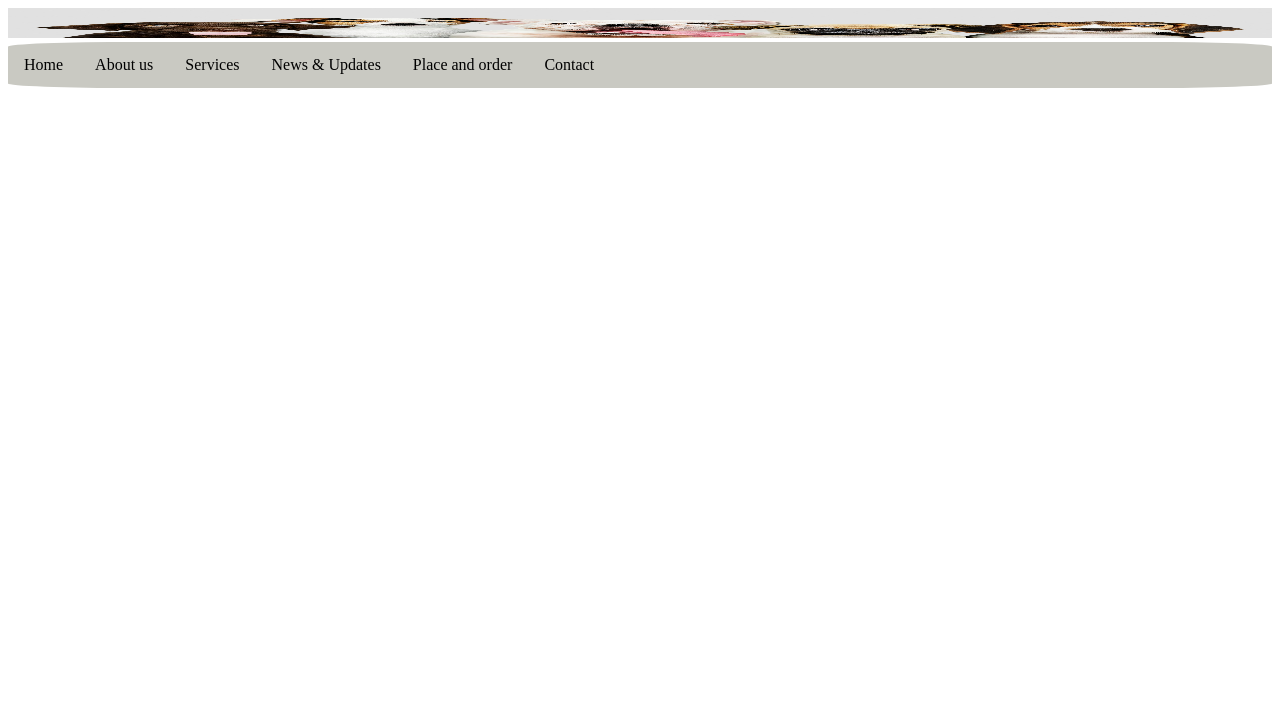
Repository: Tayma-Kazmouz/labwork
Page: index.html
An editor plug-in stored every save of this project. The page is shown before and after the next save, followed by the edit.
The browser window is 1280 px wide. The pictures show the whole page.

Above is the page before, as saved 2022-04-04 16:01:44.

### index.html
<!DOCTYPE html>
<html lang="en">
<head>
    <meta charset="UTF-8">
    <meta http-equiv="X-UA-Compatible" content="IE=edge">
    <meta name="viewport" content="width=device-width, initial-scale=1.0">
    <title>LabWork1</title>
    <link rel="stylesheet" href="styles.css">
</head>
<body>
    <img class="banner" src="images/banner.jpg" alt="Dog Banner">
    <div class="nav">
        <ul>
            <li><a class="active" href="#">Home</a></li>
            <li><a href="#">About us</a></li>
            <li><a href="#">Services</a></li>
            <li><a href="#">News & Updates</a></li>
            <li><a href="#">Place and order</a></li>
            <li><a href="#">Contact</a></li>
          </ul>
    </div>
</body>
</html>

### styles.css
.banner{
    width:100%;
    height: 30px;
    position: relative;
}

.nav{
    background-color: rgb(201, 201, 194);
    border-radius: 10%;
}
ul {
    list-style-type: none;
    margin: 0;
    padding: 0;
    overflow: hidden;
  }

  li {
    float: left;
  }

  li a {
    display: block;
    color: black;
    text-align: center;
    padding: 14px 16px;
    text-decoration: none;
  }

  li a:hover {
    background-color: #111;
  }

After the next save:
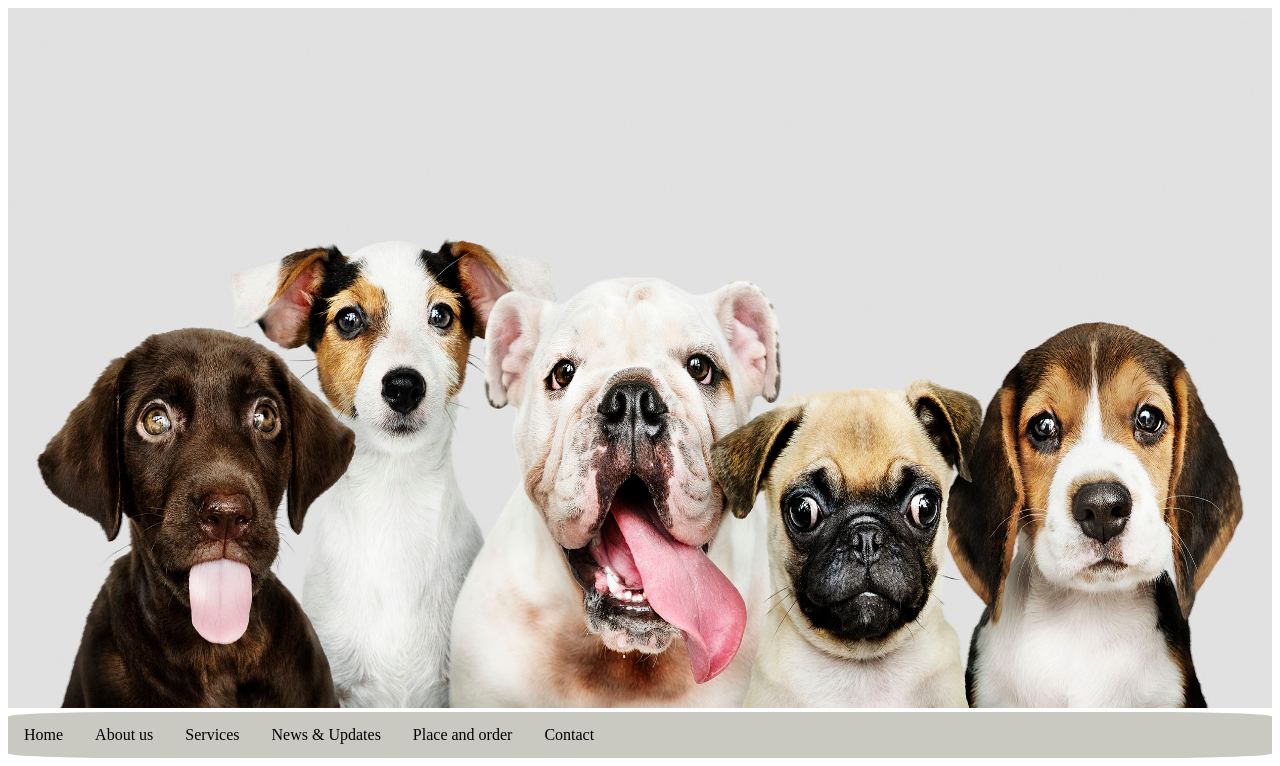
Saved 11 s later.
--- a/styles.css
+++ b/styles.css
@@ -1,6 +1,6 @@
 .banner{
     width:100%;
-    height: 30px;
+    height: 700px;
     position: relative;
 }
 
